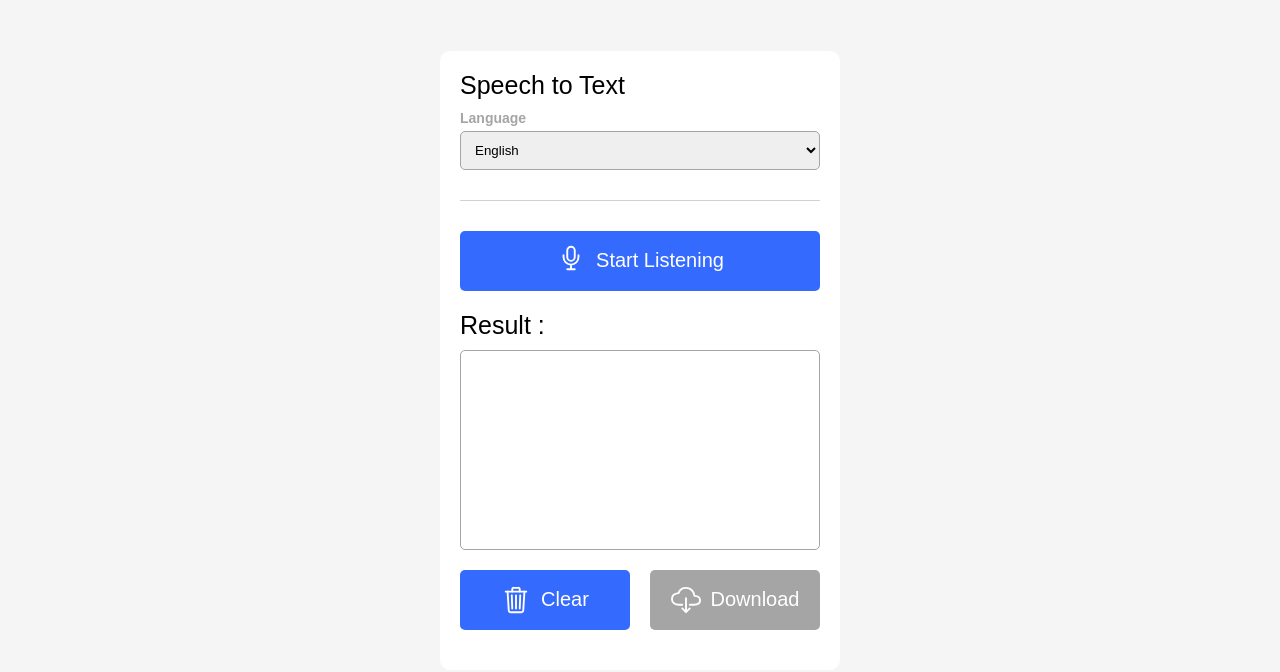
Repository: tsthuy/SpeechToText
Page: index.html
An editor plug-in stored every save of this project. The page is shown before and after the next save, followed by the edit.
The browser window is 1280 px wide. The pictures show the whole page.

Above is the page before, as saved 2023-08-28 02:56:39.

After the next save:
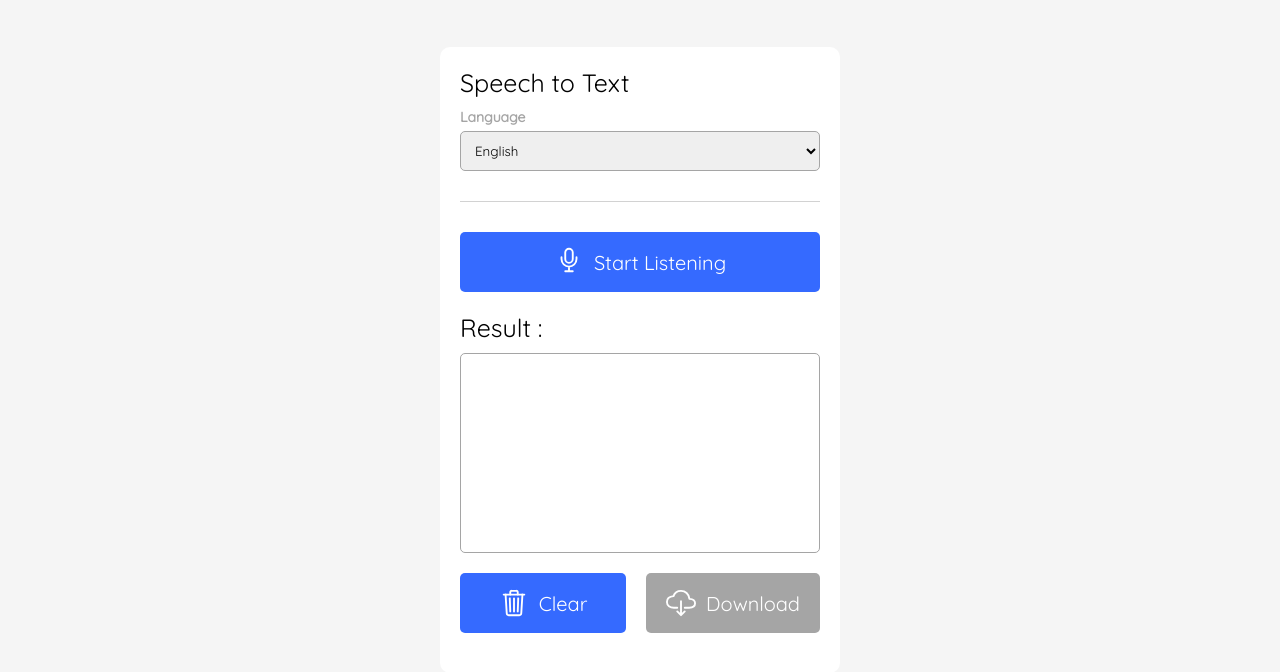
Saved 15 s later.
--- a/style.css
+++ b/style.css
@@ -11,7 +11,7 @@
   margin: 0;
   padding: 0;
   box-sizing: border-box;
-  font-family: "Quick-sand", sans-serif;
+  font-family: "Quicksand", sans-serif;
 }
 body {
   min-height: 100vh;
